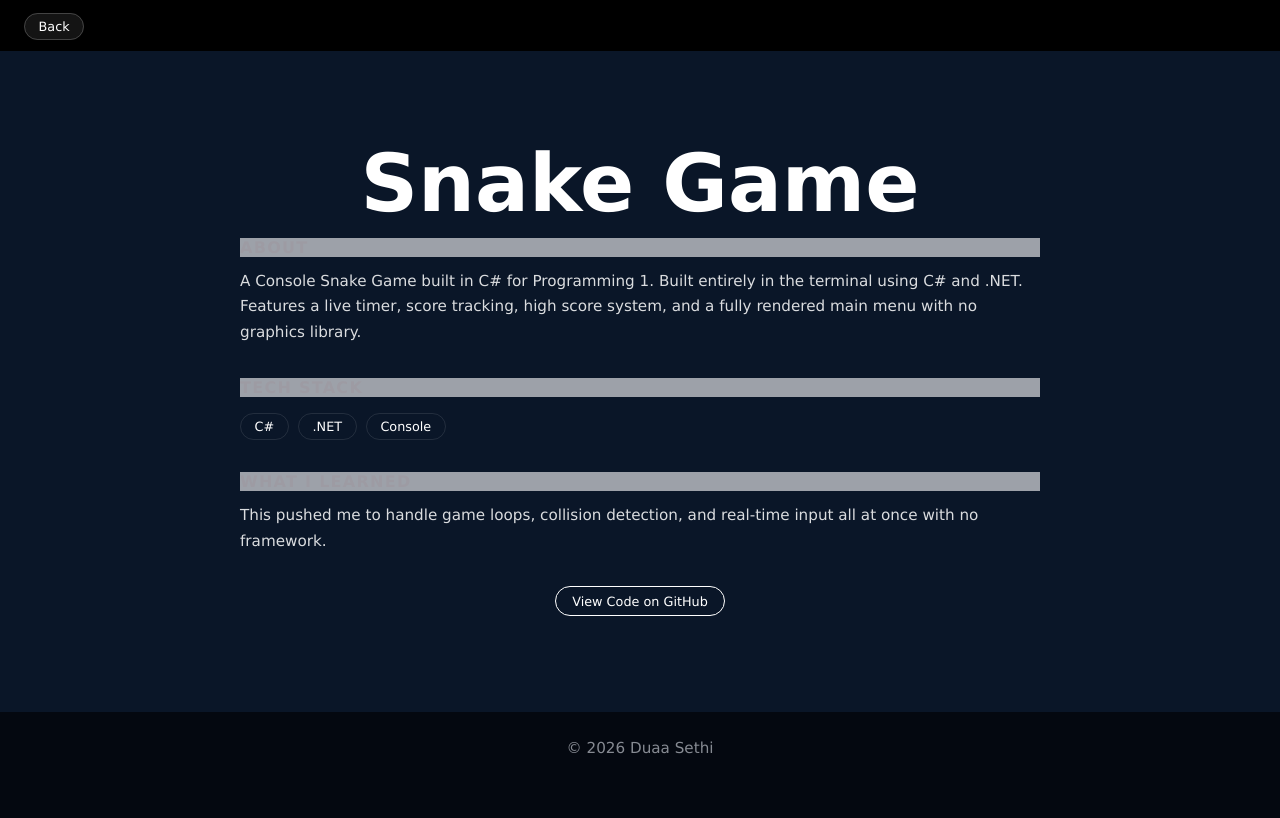
Repository: Duaa-Sethi/Duaa-Sethi
Page: pages/snake-game.html
These files come from the project's save history. The page is drawn as it stood at one moment and after the next save; the edit follows.
The browser window is 1280 px wide. The pictures show the whole page.
Some web fonts or font styles are not loaded; a fallback is used.

Above is the page before, as saved 2026-05-08 18:00:13.

### pages/snake-game.html
<!doctype html>
<html lang="en">
  <head>
    <meta charset="UTF-8" />
    <meta name="viewport" content="width=device-width, initial-scale=1.0" />
    <title>Snake Game | Duaa Sethi</title>
    <link rel="stylesheet" href="../styles/globals.css" />
    <link rel="stylesheet" href="../styles/project.css" />
  </head>
  <body>
    <nav>
      <ul>
        <li><a href="../index.html" class="tag"> Back</a></li>
      </ul>
    </nav>

    <main>
      <h1>Snake Game</h1>

      <h2>About</h2>
      <p>
        A Console Snake Game built in C# for Programming 1. Built entirely in
        the terminal using C# and .NET. Features a live timer, score tracking,
        high score system, and a fully rendered main menu with no graphics
        library.
      </p>

      <h2>Tech Stack</h2>
      <ul class="tags">
        <li>C#</li>
        <li>.NET</li>
        <li>Console</li>
      </ul>

      <h2>What I Learned</h2>
      <p>
        This pushed me to handle game loops, collision detection, and real-time
        input all at once with no framework.
      </p>

      <a
        href="https://github.com/Duaa-Sethi/Programming1-project-Dua-Sethi"
        target="_blank"
        class="btn"
        >View Code on GitHub</a
      >
    </main>

    <footer>
      <p>© 2026 Duaa Sethi</p>
    </footer>
  </body>
</html>

### styles/globals.css
/* FONT DEFS */
@font-face {
  font-family: "main font";
  src: url(../assets/fonts/NewsCycle-Regular.ttf);
}

/* CROSS PAGE STYLES */
body {
  font-family: "main font", Verdana, sans-serif;
  color: white;
  margin: 0;
}

h1 {
  font-weight: bold;
  font-size: 1.5rem; /* too small for desktop*/
}

a {
  text-decoration: none;
  color: white;
}
h2,
h3 {
  margin: 0;
}
a:hover {
  text-decoration: underline;
}
ul {
  list-style: none;
  padding: 0;
  margin: 0;
}

### styles/project.css
body {
  background-color: #0a1628;
}

nav {
  position: sticky;
  top: 0;
  background-color: black;
  padding: 0 1.5rem;
}

nav ul {
  display: flex;
  padding: 1rem 0;
}

.tag {
  background-color: rgba(255, 255, 255, 0.08);
  border: 1px solid rgba(255, 255, 255, 0.2);
  border-radius: 20px;
  padding: 0.3rem 0.85rem;
  font-size: 0.8rem;
}

.tag:hover {
  background-color: rgba(213, 207, 207, 0.15);
  text-decoration: none;
}

main {
  max-width: 800px;
  margin: 0 auto;
  padding: 2rem 1.5rem;
}

h1 {
  font-size: 2rem;
  margin-bottom: 0.5rem;
  text-align: center;
}

h2 {
  font-size: 1rem;
  color: rgba(255, 244, 244, 0.935);
  opacity: 0.6;
  text-transform: uppercase;
  letter-spacing: 0.08em;
  margin-bottom: 0.75rem;
  background-color: white;
}

p {
  font-size: 0.95rem;
  line-height: 1.7;
  opacity: 0.85;
  margin: 0 0 2rem 0;
}

.tags li {
  display: inline-block;
  border: 1px solid rgba(255, 255, 255, 0.1);
  border: 1px solid rgba(255, 255, 255, 0.1);
  border-radius: 20px;
  padding: 0.3rem 0.85rem;
  font-size: 0.8rem;
  margin: 0.25rem 0.25rem 2rem 0;
}

.btn {
  display: block;
  width: fit-content;
  margin: 0 auto;
  border: 1px solid white;
  padding: 0.4rem 1rem;
  border-radius: 20px;
  font-size: 0.8rem;
  margin-top: 0.5rem;
}

.btn:hover {
  background-color: white;
  color: #0a1628;
  text-decoration: none;
}

footer {
  text-align: center;
  padding: 1.5rem;
  background-color: black;
  font-size: 0.85rem;
  opacity: 0.6;
  margin-top: 4rem;
}

@media (min-width: 600px) {
  h1 {
    font-size: 3.5rem;
  }
}

@media (min-width: 992px) {
  h1 {
    font-size: 5rem;
  }
}

After the next save:
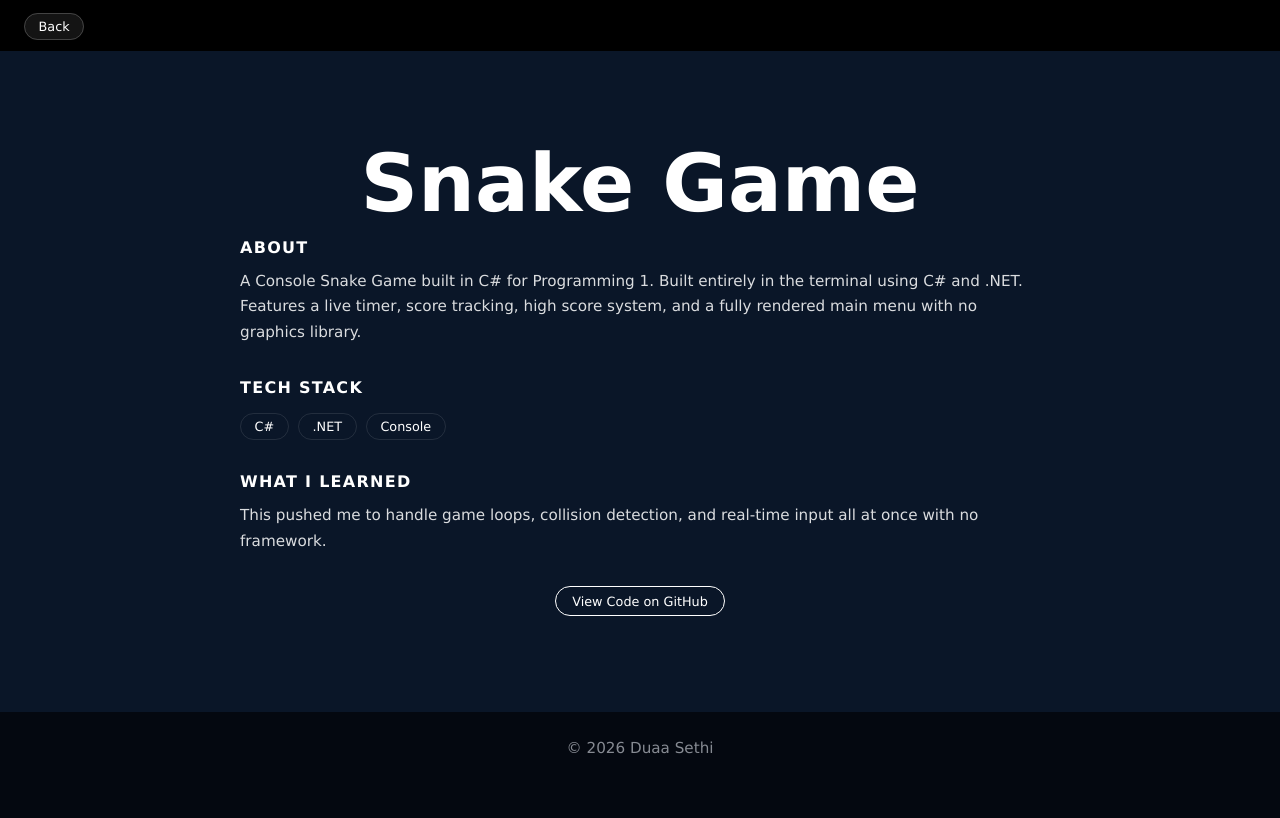
Saved 41 s later.
--- a/styles/project.css
+++ b/styles/project.css
@@ -41,12 +41,10 @@ h1 {
 
 h2 {
   font-size: 1rem;
-  color: rgba(255, 244, 244, 0.935);
-  opacity: 0.6;
+  color: white;
   text-transform: uppercase;
   letter-spacing: 0.08em;
   margin-bottom: 0.75rem;
-  background-color: white;
 }
 
 p {
